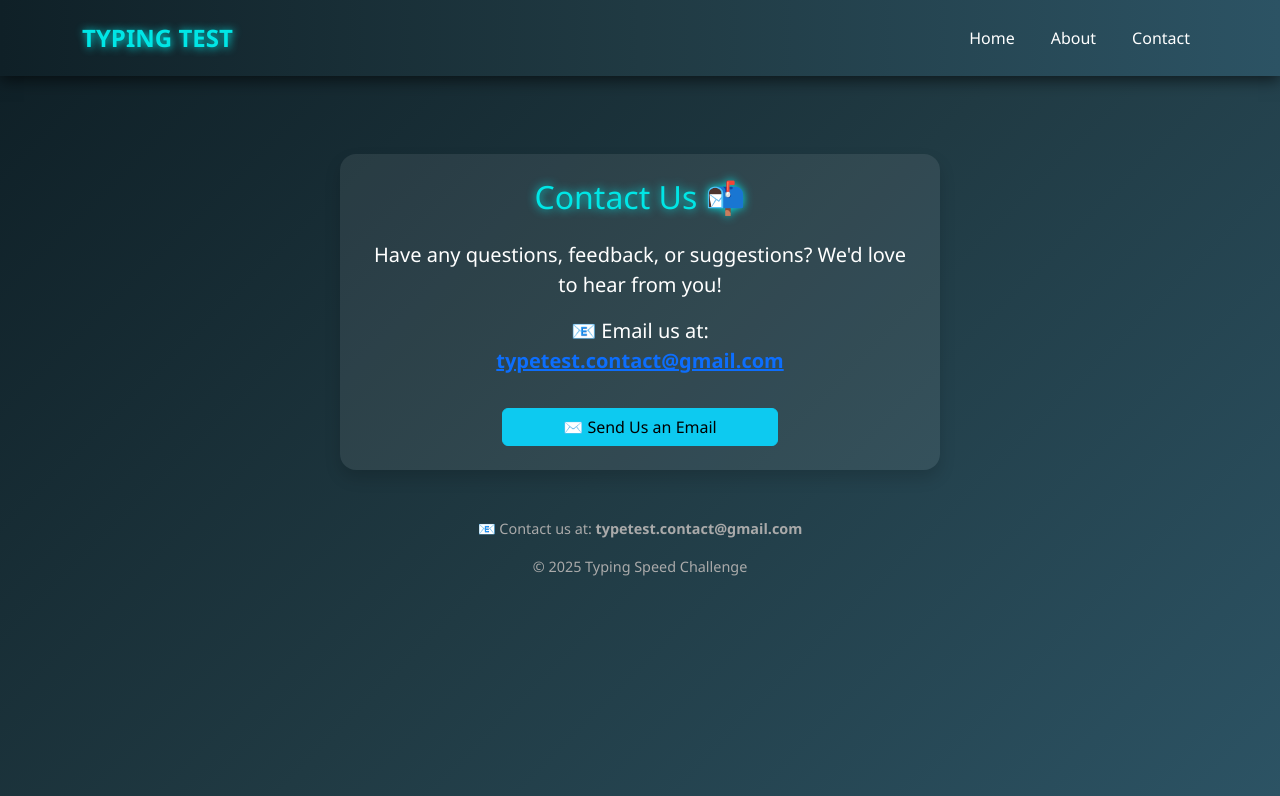
Repository: SHAHZADcodr/typing-test-react
Page: /contact
These files come from the project's save history. The page is drawn as it stood at one moment and after the next save; the edit follows.
The browser window is 1280 px wide. The pictures show the whole page.
The project was rebuilt for these pictures with package versions that can differ from the ones it lists, and the page was loaded fresh each time. Also part of the build but not shown: src/customCss/Home.css, src/pages/Home.jsx, src/customCss/About.css, src/pages/About.jsx, src/customCss/Game.css, src/pages/Game.jsx, src/customCss/GameOver.css, src/pages/GameOver.jsx. Imported but missing from the stored project, and not drawn on this page: src/assets/background.mp3, src/assets/pop.mp3.

Above is the page before, as saved 2025-04-09 15:45:19.

After the next save:
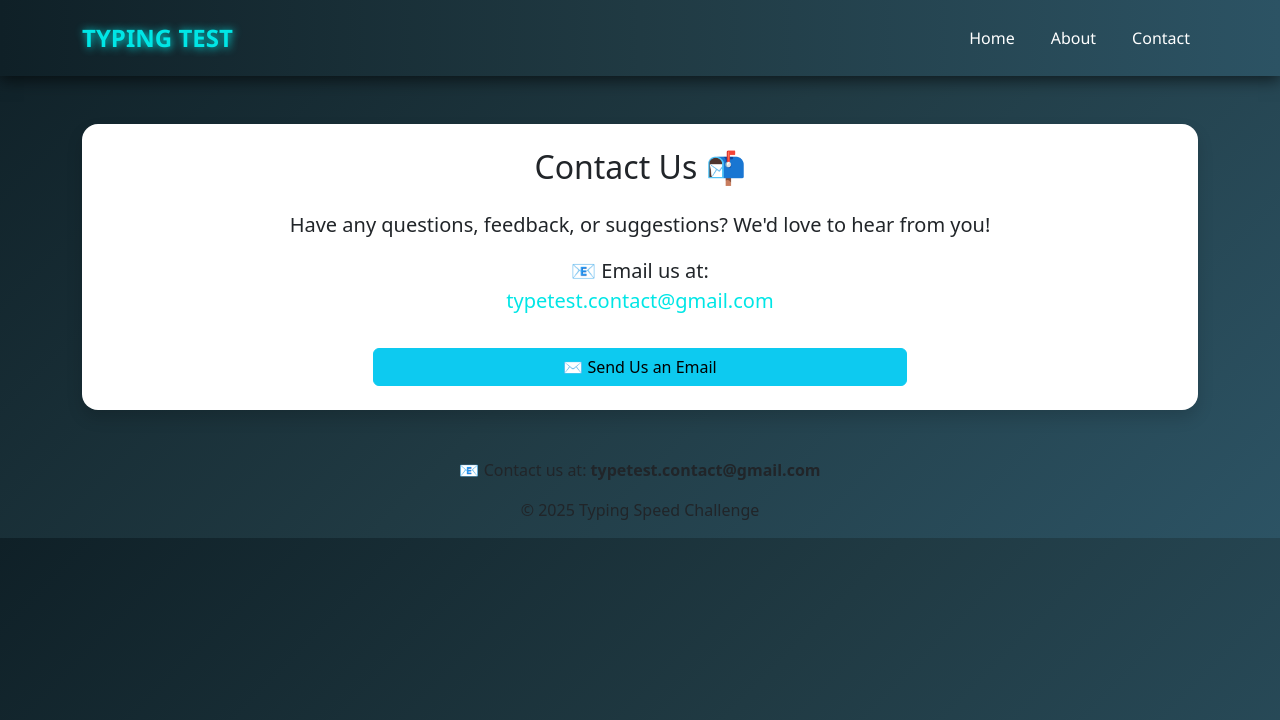
Saved 6 s later.
--- a/src/customCss/Contact.css
+++ b/src/customCss/Contact.css
@@ -1,50 +1,10 @@
-.contact-container {
-    min-height: 100vh;
-    background: linear-gradient(135deg, #0f2027, #203a43, #2c5364);
-    color: #ffffff;
-    padding: 30px 0;
-    font-family: 'Segoe UI', Tahoma, Geneva, Verdana, sans-serif;
-  }
+.contact-email-link {
+  color: #00e6e6;
+  text-decoration: none;
+  font-weight: 500;
+}
 
-  .contact-card {
-    background-color: rgba(255, 255, 255, 0.08);
-    color: #ffffff;
-    padding: 30px;
-    max-width: 600px;
-    margin: 0 auto;
-  }
-
-  .contact-card label {
-    color: #dddddd;
-  }
-
-  .contact-card input,
-  .contact-card textarea {
-    background-color: rgba(255, 255, 255, 0.1);
-    border: none;
-    color: #fff;
-  }
-
-  .contact-card input::placeholder,
-  .contact-card textarea::placeholder {
-    color: #ccc;
-  }
-
-  .contact-card input:focus,
-  .contact-card textarea:focus {
-    background-color: rgba(255, 255, 255, 0.2);
-    color: #fff;
-    outline: none;
-    box-shadow: 0 0 5px #00e6e6;
-  }
-
-  .text-glow {
-    color: #00e6e6;
-    text-shadow: 0 0 10px #00e6e6;
-  }
-
-  .contact-footer {
-    margin-top: 40px;
-    color: #aaa;
-    font-size: 0.9rem;
-  }
+.contact-email-link:hover {
+  text-decoration: underline;
+  color: #00ffff;
+}
